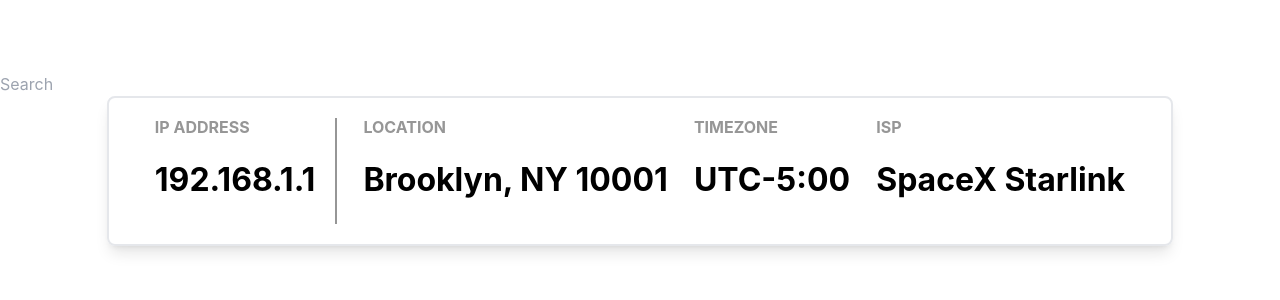
Repository: Dealsy/IP-Tracker
Page: /
These files come from the project's save history. The page is drawn as it stood at one moment and after the next save; the edit follows.
The browser window is 1280 px wide. The pictures show the whole page.
The project was rebuilt for these pictures with package versions that can differ from the ones it lists, and the page was loaded fresh each time. The framework's server and built-in components were replaced by stand-ins that run in the browser. Also part of the build but not shown: next.config.js, styles/Home.module.css.

Above is the page before, as saved 2022-04-21 21:29:24.

After the next save:
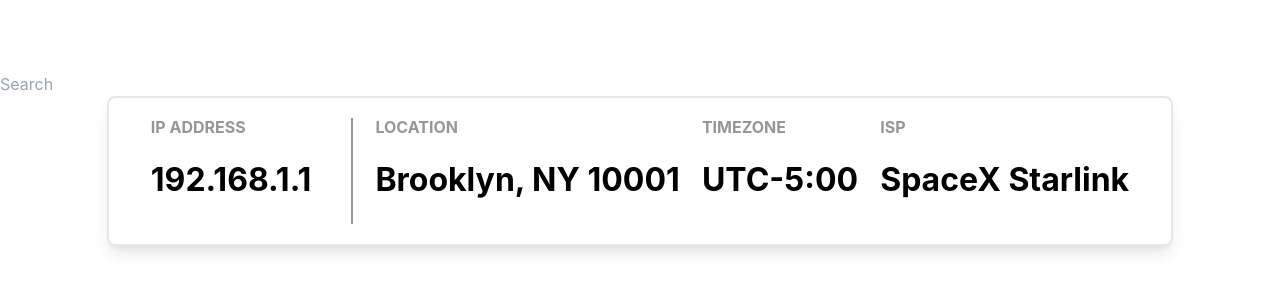
Saved 5 s later.
--- a/pages/index.js
+++ b/pages/index.js
@@ -15,7 +15,7 @@
         <h1 className="text-white">IP Address Tracker</h1>
         <input type="search" placeholder="Search" />
         <div className="flex flex-row justify-evenly border-2 shadow-lg w-5/6 m-auto rounded-lg p-5">
-          <div className=" border-r-2 border-Gray pr-5 ">
+          <div className=" border-r-2 border-Gray pr-10 ">
             <h3>IP ADDRESS</h3>
             <h2> 192.168.1.1 </h2>
           </div>
